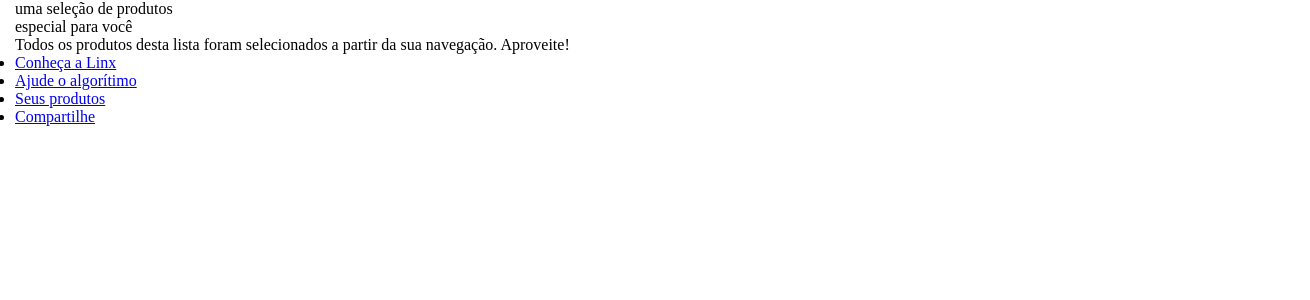
Repository: danielpellicano/front-end-developer-test-linx-2020
Page: index.html
The author's editor kept a copy of each file at every save. The page is drawn from the files as they stood at one save, then again after the next save.
The browser window is 1280 px wide. The page is 1310 px wide, then 1280 px, so the pictures cover 1310 px, including what lies to the right of the window. The pictures show the whole page.

Above is the page before, as saved 2020-09-01 11:57:44.

After the next save:
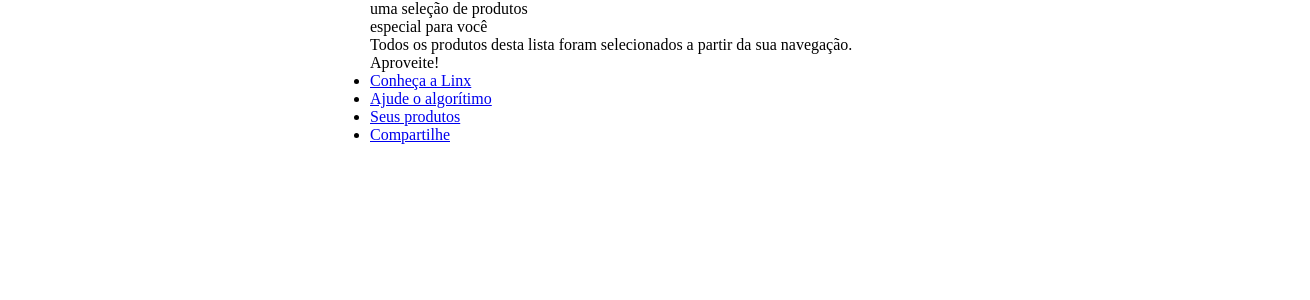
Saved 30 s later.
--- a/index.html
+++ b/index.html
@@ -6,6 +6,7 @@
     <meta name="viewport" content="width=device-width, initial-scale=1.0">
     <title>Linx Test Front End</title>
     <link rel="stylesheet" href="css/style.css">
+    <link rel="stylesheet" href="css/responsive.css">
     <link rel="stylesheet" href="js/script.js">
 
 </head>
